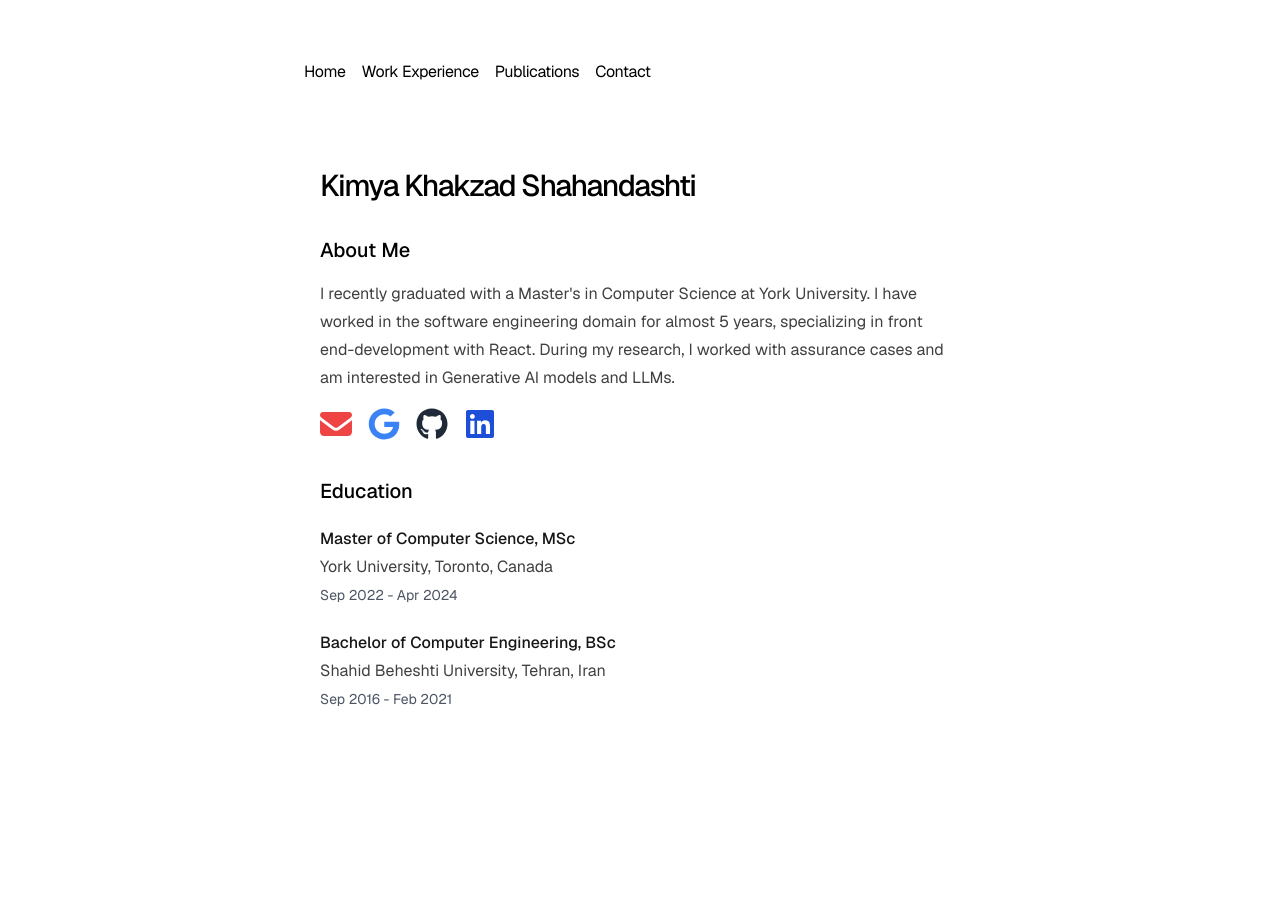
Repository: kimixz/kimixz.github.io
Page: /
The author's editor kept a copy of each file at every save. The page is drawn from the files as they stood at one save, then again after the next save.
The browser window is 1280 px wide. The pictures show the whole page.
The project was rebuilt for these pictures with package versions that can differ from the ones it lists, and the page was loaded fresh each time. Some packages were replaced by stand-ins written for this rebuild. The framework's server and built-in components were replaced by stand-ins that run in the browser. Also part of the build but not shown: next.config.mjs, app/blog/[slug]/sandpack.tsx.

Above is the page before, as saved 2024-07-28 19:04:39.

### app/page.tsx
import { FontAwesomeIcon } from '@fortawesome/react-fontawesome';
import { faEnvelope } from '@fortawesome/free-solid-svg-icons';
import { faLinkedin, faGithub, faGoogle } from '@fortawesome/free-brands-svg-icons';

export default function Page() {
  return (
    <section className="max-w-3xl mx-auto p-4">
      <h1 className="font-medium text-3xl mb-8 tracking-tighter">Kimya Khakzad Shahandashti</h1>

      <section className="mb-8">
        <h2 className="font-medium text-xl mb-4">About Me</h2>
        <p className="prose prose-neutral dark:prose-invert">
          I recently graduated with a Master's in Computer Science at York University. I have worked in the software engineering domain for almost 5 years, specializing in front end-development with React.
          During my research, I worked with assurance cases and am interested in Generative AI models and LLMs.
        </p>
        <div className="mt-4">
          <div className="flex space-x-4">
            <a href="mailto:kimya@yorku.ca" className="text-red-500">
              <FontAwesomeIcon icon={faEnvelope} className="h-8 w-8" />
            </a>
            <a href="https://scholar.google.com/citations?user=your-scholar-id" className="text-blue-500">
              <FontAwesomeIcon icon={faGoogle} className="h-8 w-8" />
            </a>
            <a href="https://github.com/your-github-username" className="text-gray-800">
              <FontAwesomeIcon icon={faGithub} className="h-8 w-8" />
            </a>
            <a href="https://linkedin.com/in/kimya-khakzad" className="text-blue-700">
              <FontAwesomeIcon icon={faLinkedin} className="h-8 w-8" />
            </a>
          </div>
        </div>
      </section>

      <section className="mb-8">
        <h2 className="font-medium text-xl mb-4">Education</h2>
        <div className="prose prose-neutral dark:prose-invert">
          <div className="mb-4">
            <strong>Master of Computer Science, MSc</strong><br />
            York University, Toronto, Canada<br />
            <span className="text-sm text-gray-600 dark:text-gray-400">Sep 2022 - Apr 2024</span>
          </div>
          <div>
            <strong>Bachelor of Computer Engineering, BSc</strong><br />
            Shahid Beheshti University, Tehran, Iran<br />
            <span className="text-sm text-gray-600 dark:text-gray-400">Sep 2016 - Feb 2021</span>
          </div>
        </div>
      </section>
    </section>
  );
}

### app/global.css
@tailwind base;
@tailwind components;
@tailwind utilities;

::selection {
  background-color: #47a3f3;
  color: #fefefe;
}

:root {
  --sh-class: #2d5e9d;
  --sh-identifier: #354150;
  --sh-sign: #8996a3;
  --sh-string: #007f7a;
  --sh-keyword: #e02518;
  --sh-comment: #a19595;
  --sh-jsxliterals: #6266d1;
  --sh-property: #e25a1c;
  --sh-entity: #e25a1c;
}

@media (prefers-color-scheme: dark) {
  :root {
    --sh-class: #4c97f8;
    --sh-identifier: white;
    --sh-keyword: #f47067;
    --sh-string: #0fa295;
  }
  html {
    color-scheme: dark;
  }
}

html {
  min-width: 360px;
}

.prose .anchor {
  @apply absolute invisible no-underline;

  margin-left: -1em;
  padding-right: 0.5em;
  width: 80%;
  max-width: 700px;
  cursor: pointer;
}

.anchor:hover {
  @apply visible;
}

.prose a {
  @apply transition-all decoration-neutral-400 dark:decoration-neutral-600 underline-offset-2 decoration-[0.1em];
}

.prose .anchor:after {
  @apply text-neutral-300 dark:text-neutral-700;
  content: '#';
}

.prose *:hover > .anchor {
  @apply visible;
}

.prose pre {
  @apply bg-neutral-50 dark:bg-neutral-900 rounded-lg overflow-x-auto border border-neutral-200 dark:border-neutral-900;
}

.prose code {
  @apply px-1 py-0.5 rounded-lg;
}

.prose pre code {
  @apply p-0;
  border: initial;
  line-height: 1.5;
}

.prose code span {
  @apply font-medium;
}

.prose img {
  /* Don't apply styles to next/image */
  @apply m-0;
}

.prose h2,
h3,
h4 {
  @apply font-medium tracking-tighter !important;
}

.prose strong {
  @apply font-medium;
}

.prose > :first-child {
  /* Override removing top margin, causing layout shift */
  margin-top: 1.25em !important;
  margin-bottom: 1.25em !important;
}

pre::-webkit-scrollbar {
  display: none;
}

pre {
  -ms-overflow-style: none; /* IE and Edge */
  scrollbar-width: none; /* Firefox */
}

/* Remove Safari input shadow on mobile */
input[type='text'],
input[type='email'] {
  -webkit-appearance: none;
  -moz-appearance: none;
  appearance: none;
}

.prose .tweet a {
  text-decoration: inherit;
  font-weight: 500;
}

table {
  display: block;
  max-width: fit-content;
  overflow-x: auto;
  white-space: nowrap;
}

.prose .callout > p {
  margin: 0 !important;
}

.title {
  text-wrap: balance;
}

### app/components/nav.tsx
import Link from 'next/link';

const navItems = {
  '/': {
    name: 'Home',
  },
  '/work': {
    name: 'Work Experience',
  },
  '/publications': {
    name: 'Publications',
  },
  '/contact': {
    name: 'Contact',
  },
};

export function Navbar() {
  return (
    <aside className="-ml-[8px] mb-16 tracking-tight">
      <div className="lg:sticky lg:top-20">
        <nav
          className="flex flex-row items-start relative px-0 pb-0 fade md:overflow-auto scroll-pr-6 md:relative"
          id="nav"
        >
          <div className="flex flex-row space-x-0 pr-10">
            {Object.entries(navItems).map(([path, { name }]) => {
              return (
                <Link
                  key={path}
                  href={path}
                  className="transition-all hover:text-neutral-800 dark:hover:text-neutral-200 flex align-middle relative py-1 px-2"
                >
                  {name}
                </Link>
              );
            })}
          </div>
        </nav>
      </div>
    </aside>
  );
}

Loaded but not shown: app/layout.tsx (common file); tailwind.config.ts (common file)

After the next save:
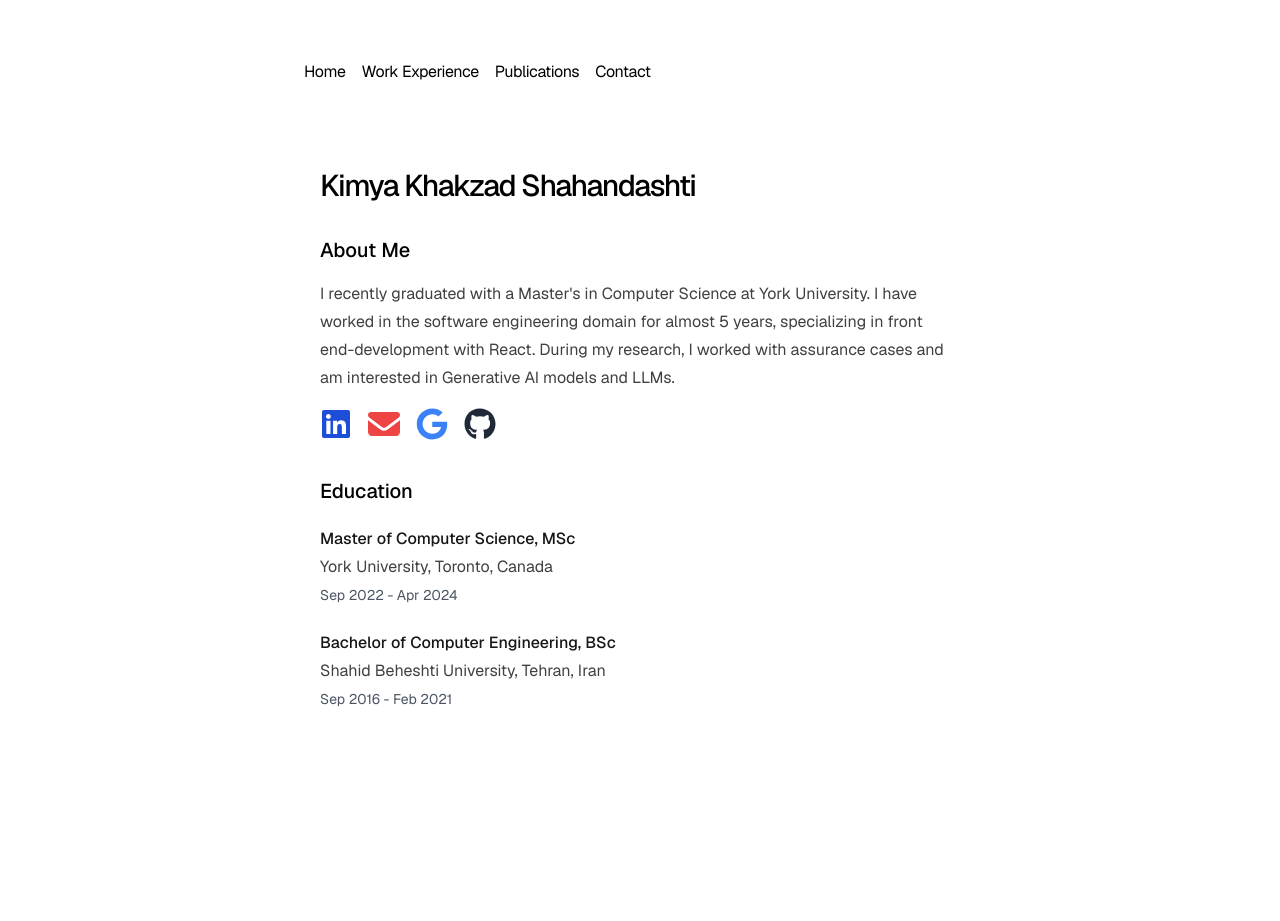
Saved 7 s later.
--- a/app/page.tsx
+++ b/app/page.tsx
@@ -15,6 +15,9 @@ export default function Page() {
         </p>
         <div className="mt-4">
           <div className="flex space-x-4">
+          <a href="https://linkedin.com/in/kimya-khakzad" className="text-blue-700">
+              <FontAwesomeIcon icon={faLinkedin} className="h-8 w-8" />
+            </a>
             <a href="mailto:kimya@yorku.ca" className="text-red-500">
               <FontAwesomeIcon icon={faEnvelope} className="h-8 w-8" />
             </a>
@@ -24,9 +27,7 @@ export default function Page() {
             <a href="https://github.com/your-github-username" className="text-gray-800">
               <FontAwesomeIcon icon={faGithub} className="h-8 w-8" />
             </a>
-            <a href="https://linkedin.com/in/kimya-khakzad" className="text-blue-700">
-              <FontAwesomeIcon icon={faLinkedin} className="h-8 w-8" />
-            </a>
+
           </div>
         </div>
       </section>
